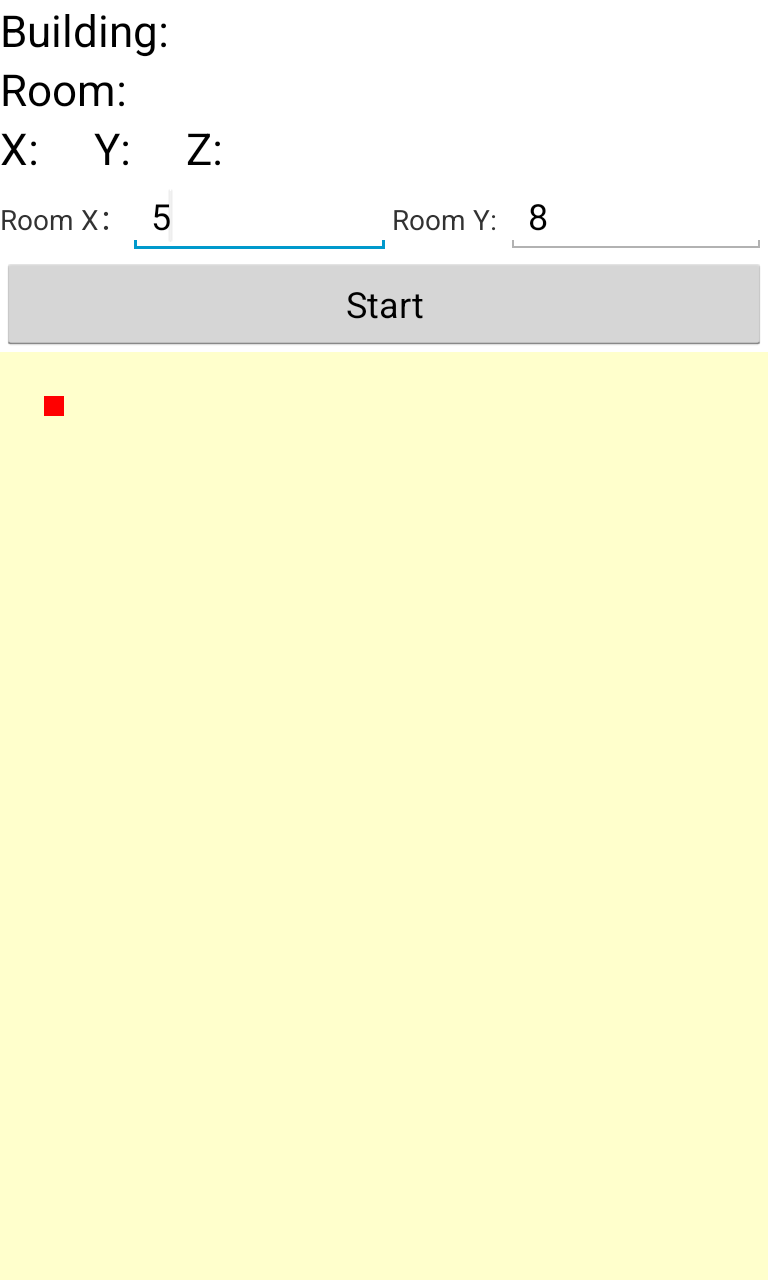
Repository: RenchuSong/tMap_Android
Layout: tmap_model_tool/res/layout/locating.xml
An editor plug-in stored every save of this project. The layout is shown before and after the next save, followed by the edit.
It is drawn on a 768 x 1280 px phone screen (xhdpi) without system bars, with theme AppTheme; the app's code is not run.

Above is the layout before, as saved 2014-05-11 22:37:08.

After the next save:
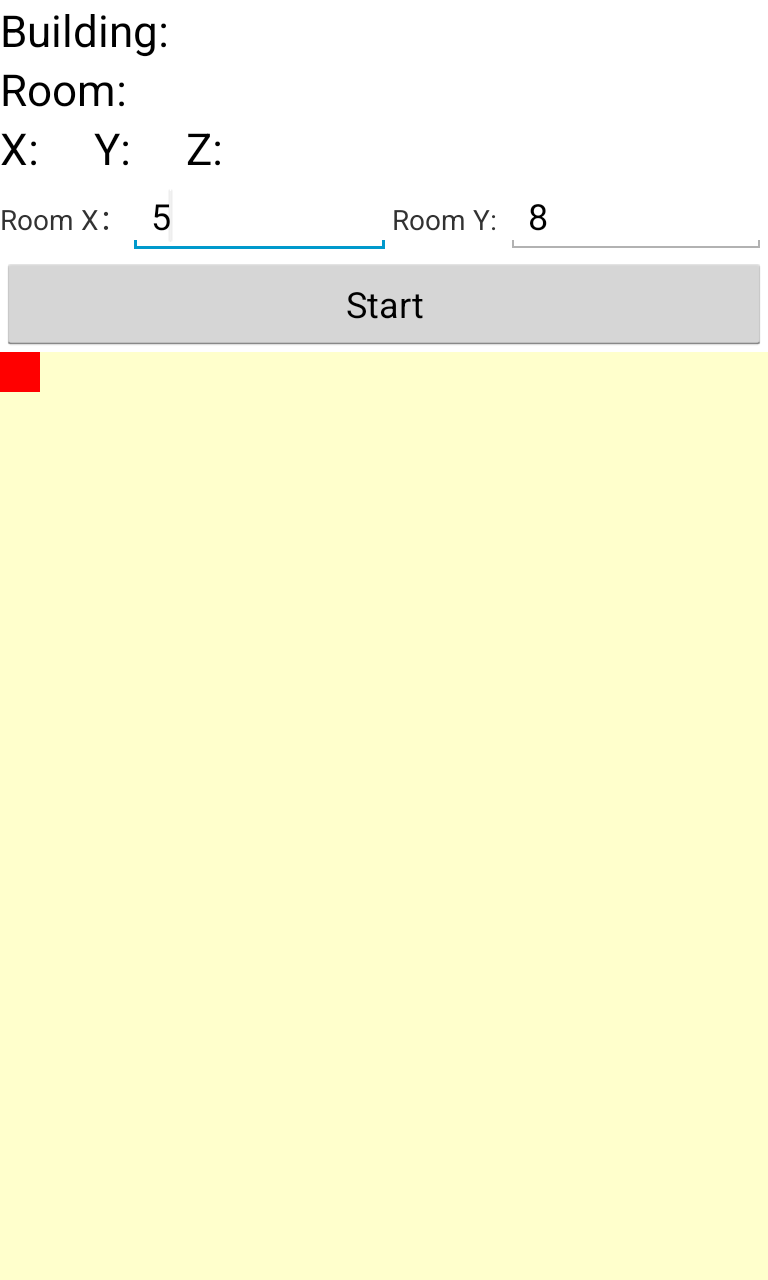
Saved 21 s later.
--- a/tmap_model_tool/res/layout/locating.xml
+++ b/tmap_model_tool/res/layout/locating.xml
@@ -75,12 +75,10 @@
 
         <Button
             android:id="@+id/person"
-            android:layout_width="10dp"
-            android:layout_height="10dp"
+            android:layout_width="20dp"
+            android:layout_height="20dp"
             android:layout_alignParentLeft="true"
             android:layout_alignParentTop="true"
-            android:layout_marginLeft="22dp"
-            android:layout_marginTop="22dp"
             android:background="#ff0000" />
 
     </RelativeLayout>
